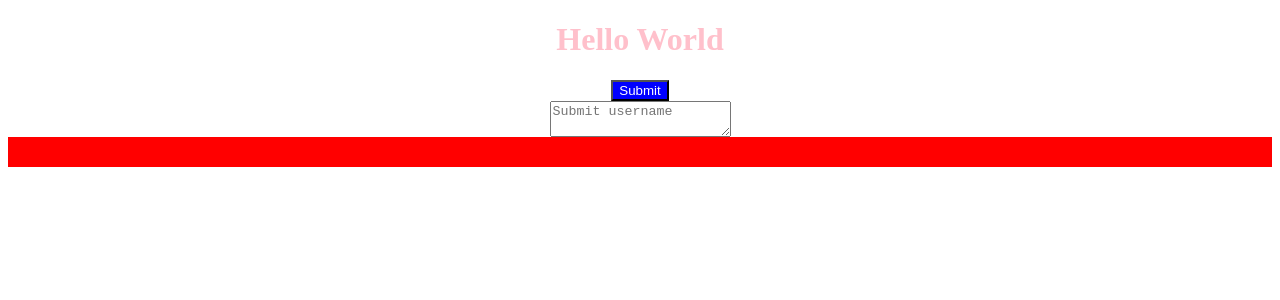
Repository: Flamemaster921/Feature-Showcase
Page: Index/firstPage/Website.html
An editor plug-in stored every save of this project. The page is shown before and after the next save, followed by the edit.
The browser window is 1280 px wide. The pictures show the whole page.

Above is the page before, as saved 2025-12-15 12:33:06.

### Index/firstPage/Website.html
<!DOCTYPE html>
<html lang="en">
<head>
    <meta charset="UTF-8">
    <meta name="viewport" content="width=device-width, initial-scale=1.0">
    <title>New Start</title>
    <link rel="stylesheet" href="Design.css">
    <script src="System.js" defer></script>
</head>
<body>
    <h1 class="titleCard">Hello World</h1>

    <button id="submitButton" class="primary-btn">Submit</button>

    <textarea id="usernameBox" class="text-input" placeholder="Submit username"></textarea>

    <div class="color-bar"></div>

</body>

### Index/firstPage/Design.css
.titleCard {
    display: flex;
    flex-direction: column;
    align-items: center;
    color: pink;
    left: auto;
}

.primary-btn {
    background-color: blue;
    color: white;

    position: relative;
    left: 0%;
    top: auto;
    display: block;
    margin: 0 auto;
}

.text-input{
    position: relative;
    left: auto;
    top: auto;
    display: block;
    margin: 0 auto;
}

.color-bar {
    display: flex;
    width: calc();
    height: 30px;
    background-color: red;
}

### Index/firstPage/System.js
//Submit username
const textarea = document.getElementById("usernameBox");
const button = document.getElementById("submitButton");

button.addEventListener("click", () => {
    textarea.value = "";
});

After the next save:
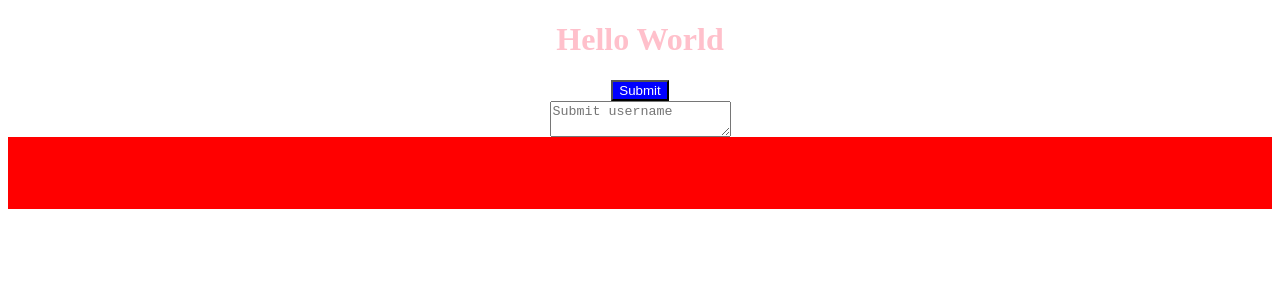
Saved 42 s later.
--- a/Index/firstPage/Design.css
+++ b/Index/firstPage/Design.css
@@ -28,6 +28,6 @@
 .color-bar {
     display: flex;
     width: calc();
-    height: 30px;
+    height: 10svh;
     background-color: red;
 }
